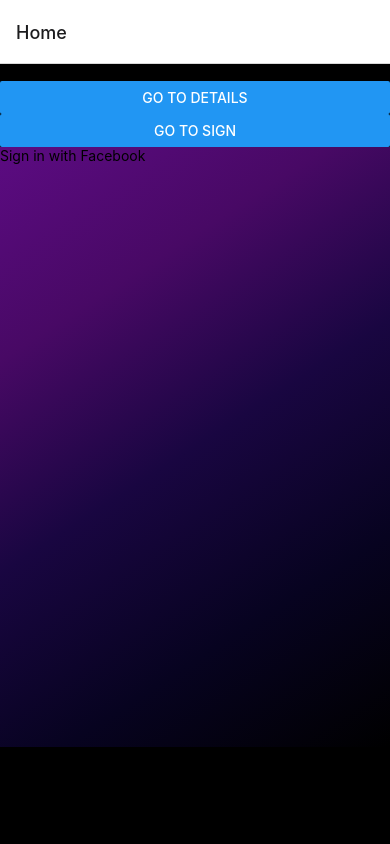
Repository: eyebone/barManager
Screen: /
These files come from the project's save history. The screen is drawn as it stood at one moment and after the next save; the edit follows.
The app was drawn by React Native's web renderer in a window 390 px wide. The project was rebuilt for these pictures with package versions that can differ from the ones it lists, and the page was loaded fresh each time. Also part of the build but not shown: components/EmojiPicker.js, components/Button.js, components/ImageViewer.js, components/circleButton.js, components/IconButton.js, view/ViewOne.js, view/Sign.js.

Above is the screen before, as saved 2023-06-26 14:02:46.

After the next save:
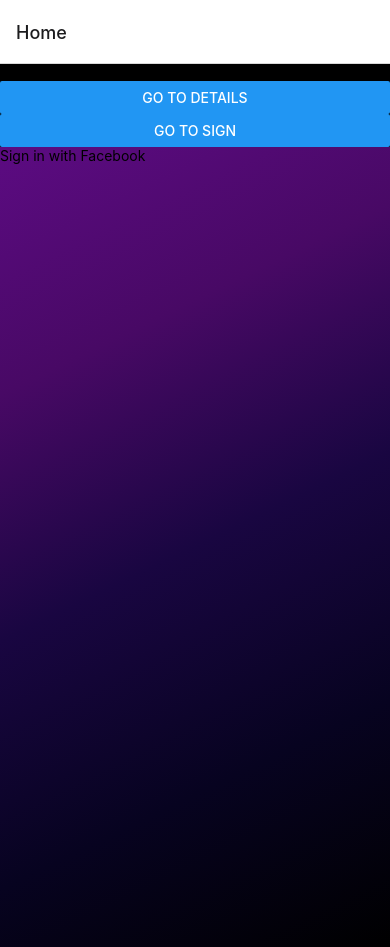
Saved 5 s later.
--- a/App.js
+++ b/App.js
@@ -53,6 +53,6 @@ const styles = StyleSheet.create({
     //    alignItems: 'center',
   },
   linearGradient: {
-    height: 600,
+    height: 800,
   },
 });
